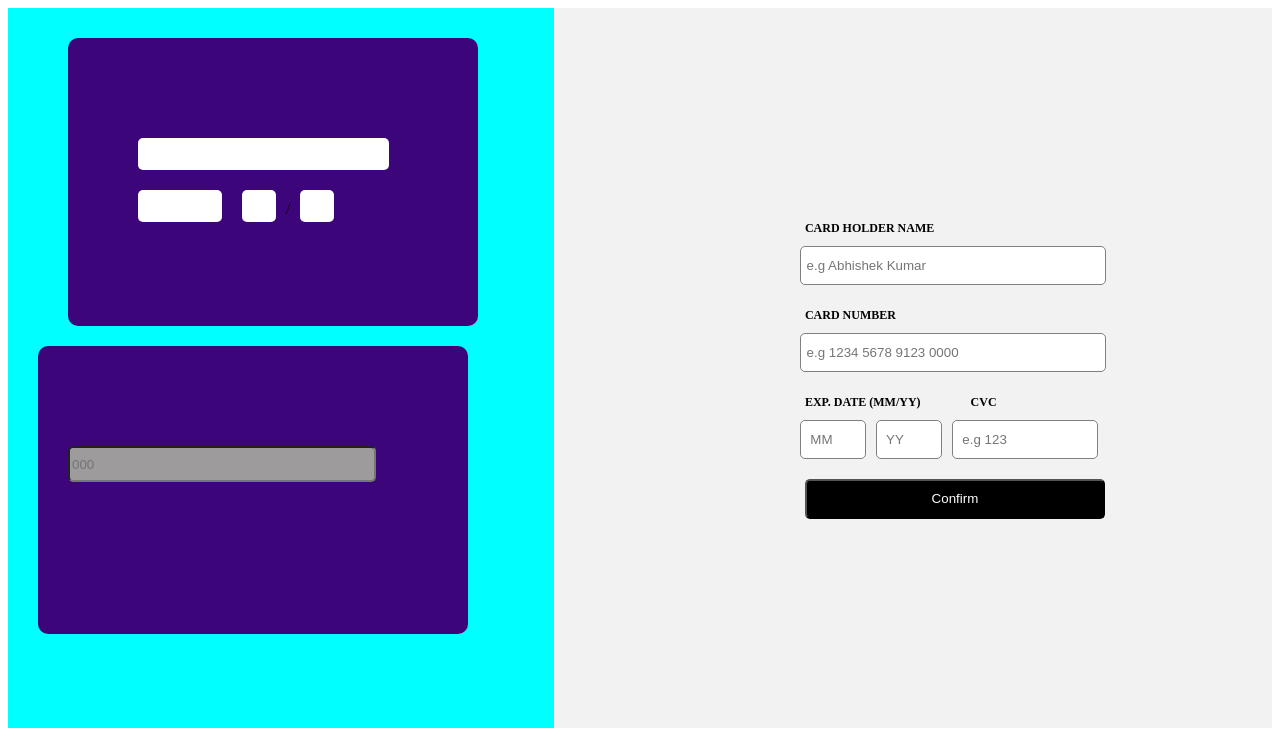
Repository: Abhi2359/frontendchallenge-1
Page: /
These files come from the project's save history. The page is drawn as it stood at one moment and after a run of saves; the edit follows.
The browser window is 1280 px wide. The pictures show the whole page.
The project was rebuilt for these pictures with package versions that can differ from the ones it lists, and the page was loaded fresh each time.

Above is the page before, as saved 2023-02-15 20:09:55.

After the next 2 saves:
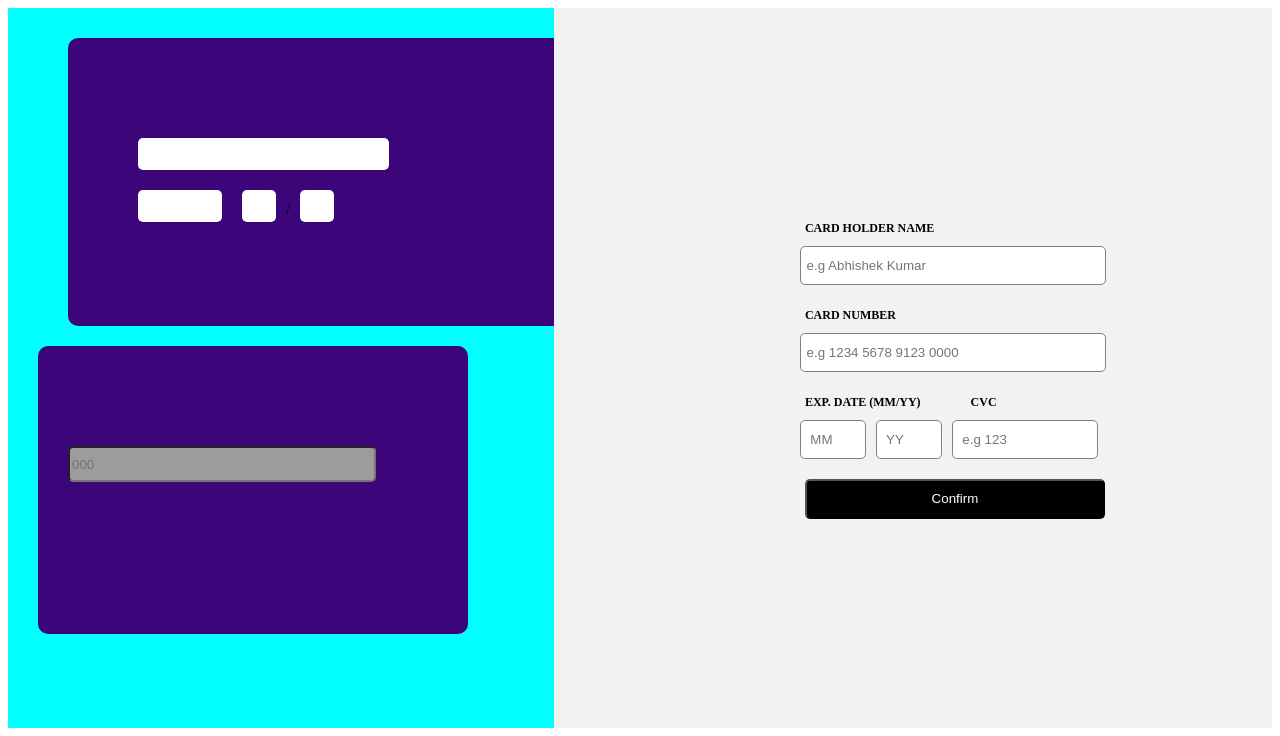
The 2 saves are shown as one change because they came seconds apart.
The last was saved 3 min 58 s later.
--- a/src/components/Layout/layout.css
+++ b/src/components/Layout/layout.css
@@ -94,6 +94,7 @@
 .card1{
     margin-top: 20px;
     margin-left: 60px;
+    width: 500px;
 
 
 }

After the save that followed:
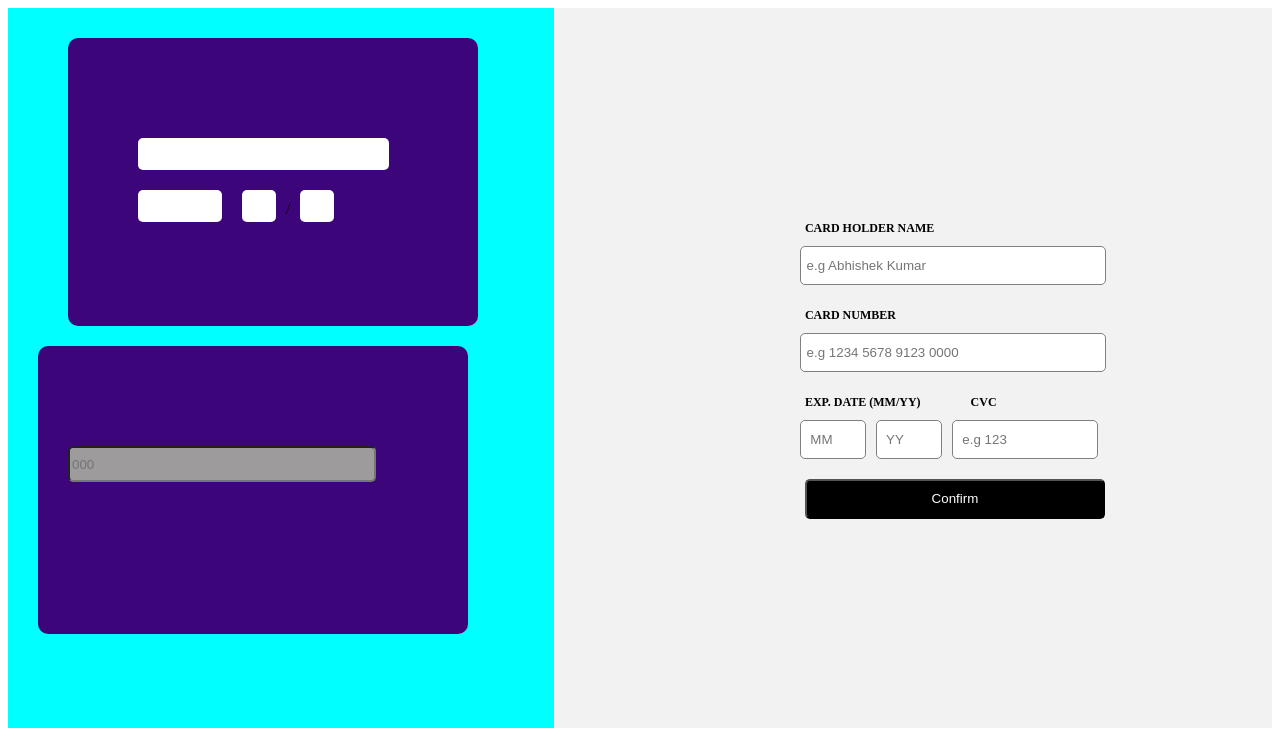
Saved 10 s later.
--- a/src/components/Layout/layout.css
+++ b/src/components/Layout/layout.css
@@ -94,7 +94,7 @@
 .card1{
     margin-top: 20px;
     margin-left: 60px;
-    width: 500px;
+
 
 
 }
